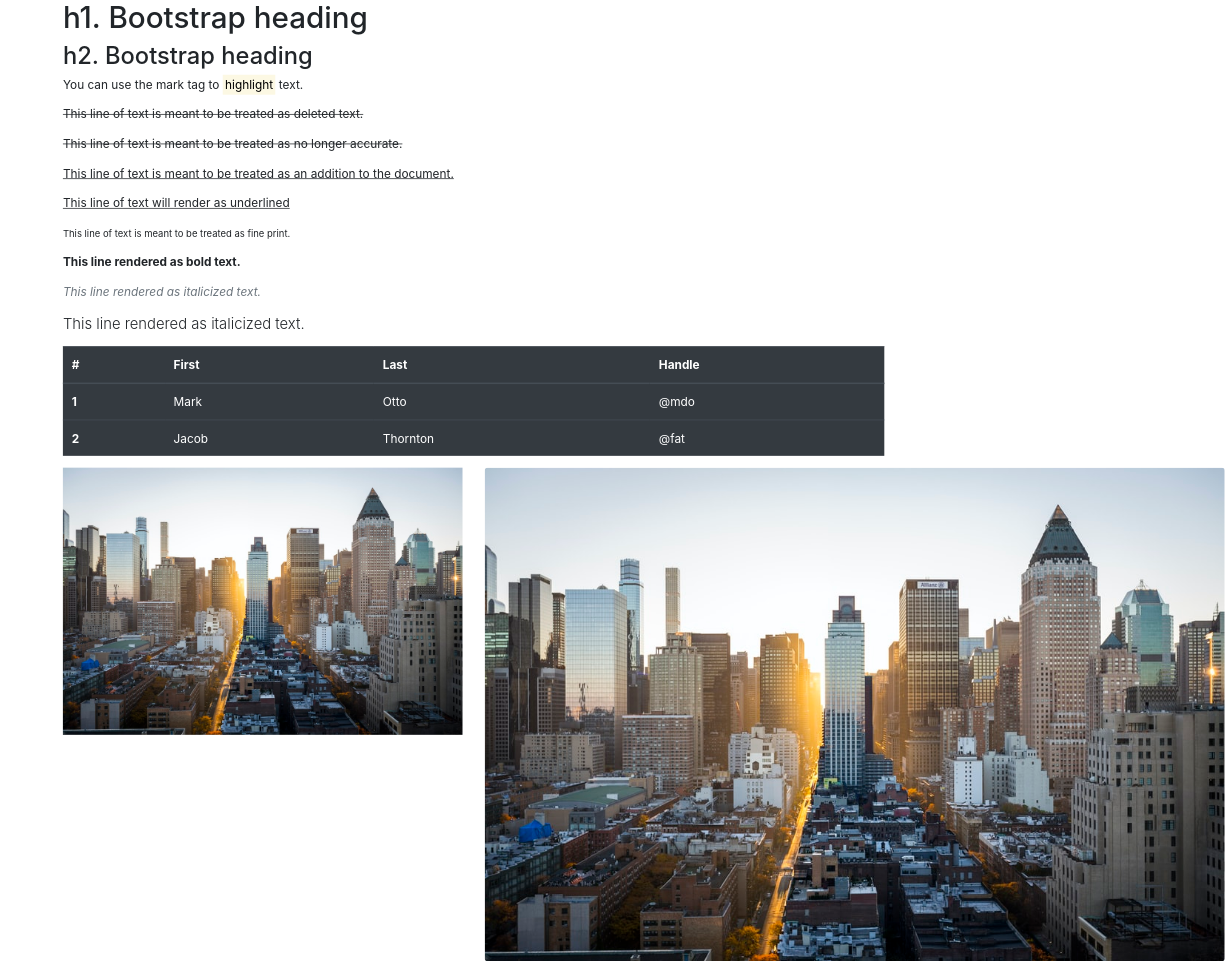
Repository: woodyalan/bootstrap-4
Page: conteudo.html
An editor plug-in stored every save of this project. The page is shown before and after the next save, followed by the edit.
The browser window is 1280 px wide. The page is 1655 px wide, then 1280 px, so the pictures cover 1655 px, including what lies to the right of the window. The pictures show the whole page, at 74% of full size.

Above is the page before, as saved 2020-09-08 22:42:42.

After the next save:
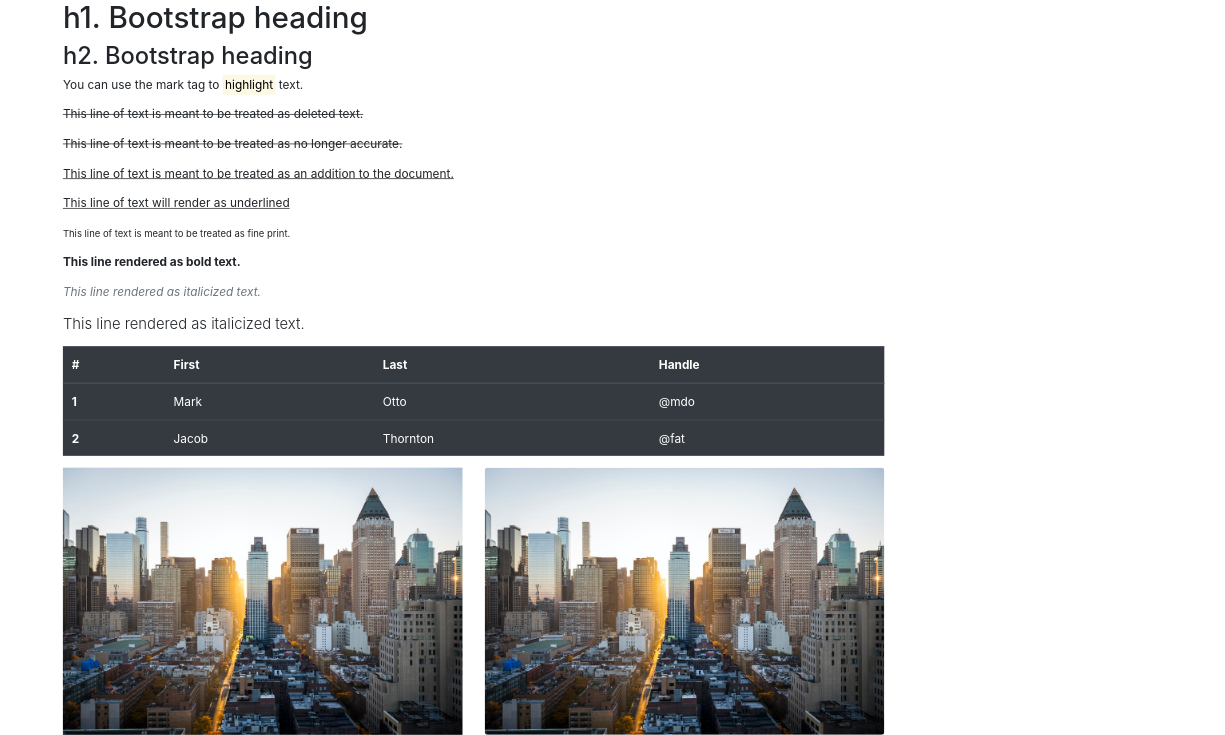
Saved 7 s later.
--- a/conteudo.html
+++ b/conteudo.html
@@ -55,7 +55,7 @@
           <img class="img-fluid" src="img/cover.jpg" alt="" />
         </div>
         <div class="col-6">
-          <img class="rounded" src="img/cover.jpg" alt="" />
+          <img class="img-fluid rounded" src="img/cover.jpg" alt="" />
         </div>
       </div>
     </div>
